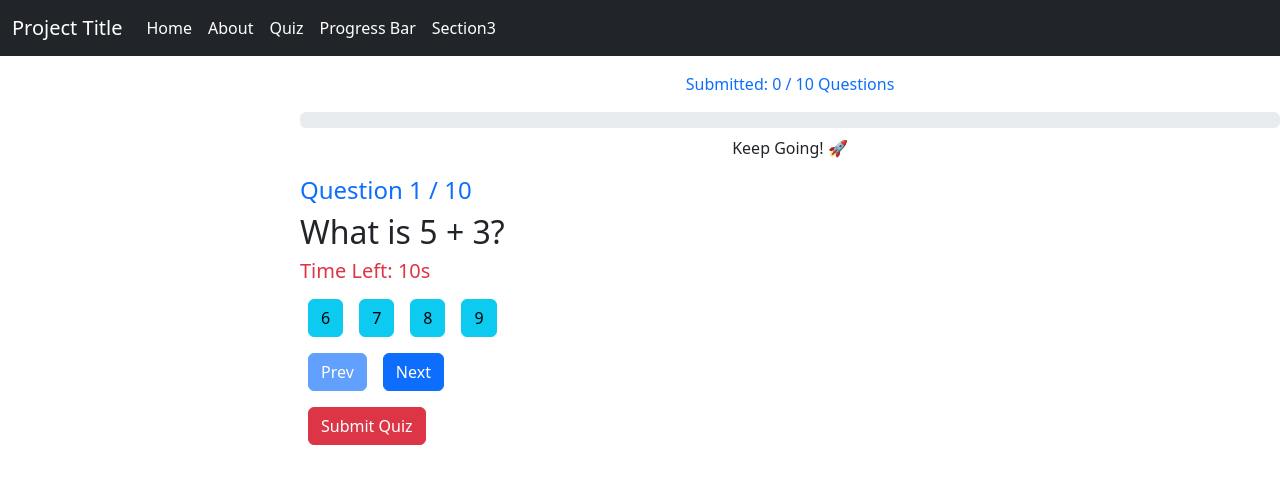
Repository: rahul-chakradhari/devquest
Page: /quiz (app in project/)
These files come from the project's save history. The page is drawn as it stood at one moment and after the next save; the edit follows.
The browser window is 1280 px wide. The pictures show the whole page.
The project was rebuilt for these pictures with package versions that can differ from the ones it lists, and the page was loaded fresh each time. Also part of the build but not shown: project/vite.config.js, project/src/components/Home.jsx, project/src/components/About.jsx, project/src/components/Section3.jsx, project/src/index.css.

Above is the page before, as saved 2025-02-23 15:51:24.

### project/index.html
<!DOCTYPE html>
<html lang="en">
  <head>
    <meta charset="UTF-8" />
    <link rel="icon" type="image/svg+xml" href="/vite.svg" />
    <meta name="viewport" content="width=device-width, initial-scale=1.0" />
    <title>Project</title>
    <link
      href="https://cdn.jsdelivr.net/npm/bootstrap@5.3.3/dist/css/bootstrap.min.css"
      rel="stylesheet"
      integrity="sha384-QWTKZyjpPEjISv5WaRU9OFeRpok6YctnYmDr5pNlyT2bRjXh0JMhjY6hW+ALEwIH"
      crossorigin="anonymous"
    />
  </head>
  <body>
    <div id="root"></div>
    <script type="module" src="/src/main.jsx"></script>
    <script
      src="https://cdn.jsdelivr.net/npm/bootstrap@5.3.3/dist/js/bootstrap.bundle.min.js"
      integrity="sha384-YvpcrYf0tY3lHB60NNkmXc5s9fDVZLESaAA55NDzOxhy9GkcIdslK1eN7N6jIeHz"
      crossorigin="anonymous"
    ></script>
  </body>
</html>

### project/src/App.jsx
import { useState } from "react";
import "./App.css";
import React from "react";
import { BrowserRouter as Router, Routes, Route } from "react-router-dom";
import Navbar from "./components/Navbar";
import Home from "./components/Home";
import About from "./components/About";
import Section3 from "./components/Section3";
import Quiz from "./components/Quiz";
import ProgressBar from "./components/ProgressBar";

function App() {
  const [count, setCount] = useState(0);

  return (
    <>
      <Router>
        <Navbar />
        <Routes>
          <Route path="/about" element={<About />} />
          <Route path="/" element={<Home />} />
          <Route path="/quiz" element={<Quiz />} />
          <Route path="/bar" element={<ProgressBar />} />
          <Route path="/section3" element={<Section3 />} />
        </Routes>
      </Router>
    </>
  );
}

export default App;

### project/src/App.css
.right {
  width: 900px;
  height: 400px;
}
.stl,
.welcome {
  margin-left: 600px;
}
.left {
  font-size: 12px; /* Overall text size kam hoga */
}

.welcome {
  font-size: 18px; /* Heading ke liye */
}

.stl {
  font-size: 12px; /* Description text ke liye */
}
.welcome {
  margin-top: 2px;
}

.quiz-container {
  margin-left: 300px;
  margin-top: 12px;
}
.about {
  margin-left: 12px;
  margin-top: 12px;
}

### project/src/components/Navbar.jsx
import React from "react";
import { Link, useNavigate } from "react-router-dom";

const Navbar = () => {
  const navigate = useNavigate();
  const isLoggedIn = localStorage.getItem("token"); // Check if token exists

  const handleLogout = () => {
    localStorage.removeItem("token");
    navigate("/login");
  };

  return (
    <div>
      <nav className="navbar navbar-expand-lg navbar-dark bg-dark">
        <div className="container-fluid">
          <a className="navbar-brand" href="#">
            Project Title
          </a>
          <button
            className="navbar-toggler"
            type="button"
            data-bs-toggle="collapse"
            data-bs-target="#navbarSupportedContent"
            aria-controls="navbarSupportedContent"
            aria-expanded="false"
            aria-label="Toggle navigation"
          >
            <span className="navbar-toggler-icon"></span>
          </button>
          <div className="collapse navbar-collapse" id="navbarSupportedContent">
            <ul className="navbar-nav me-auto mb-2 mb-lg-0">
              <li className="nav-item">
                <Link className="nav-link active" aria-current="page" to="/">
                  Home
                </Link>
              </li>
              <li className="nav-item">
                <Link
                  className="nav-link active"
                  aria-current="page"
                  to="/about"
                >
                  About
                </Link>
              </li>
              <li className="nav-item">
                <Link
                  className="nav-link active"
                  aria-current="page"
                  to="/quiz"
                >
                  Quiz
                </Link>
              </li>
              <li className="nav-item">
                <Link className="nav-link active" aria-current="page" to="/bar">
                  Progress Bar
                </Link>
              </li>
              <li className="nav-item">
                <Link
                  className="nav-link active"
                  aria-current="page"
                  to="/section3"
                >
                  Section3
                </Link>
              </li>
            </ul>
          </div>
        </div>
      </nav>
    </div>
  );
};

export default Navbar;

### project/src/components/Quiz.jsx
import React, { useState, useEffect } from "react";
import ProgressBar from "./ProgressBar";

const questions = [
  { question: "What is 5 + 3?", options: ["6", "7", "8", "9"], answer: "8" },
  { question: "What is 12 - 4?", options: ["6", "7", "8", "9"], answer: "8" },
  {
    question: "Solve: (2 + 3) × 4",
    options: ["20", "10", "25", "30"],
    answer: "20",
  },
  { question: "What is 9 ÷ 3?", options: ["1", "3", "9", "6"], answer: "3" },
  {
    question: "Solve: 15 - (4 + 3)",
    options: ["6", "8", "9", "12"],
    answer: "8",
  },
  {
    question: "What is 7 × 2?",
    options: ["10", "12", "14", "16"],
    answer: "14",
  },
  {
    question: "Solve: (8 + 2) ÷ 2",
    options: ["2", "4", "5", "6"],
    answer: "5",
  },
  {
    question: "What is 4 × 3 - 2?",
    options: ["10", "11", "12", "14"],
    answer: "10",
  },
  { question: "Solve: 6 + 4 ÷ 2", options: ["3", "5", "8", "10"], answer: "8" },
  { question: "What is 3²?", options: ["6", "9", "12", "15"], answer: "9" },
];

const Quiz = () => {
  const [currentQuestion, setCurrentQuestion] = useState(0);
  const [selectedAnswers, setSelectedAnswers] = useState({});
  const [timeLeft, setTimeLeft] = useState(10);
  const [score, setScore] = useState(null);
  const [showFeedback, setShowFeedback] = useState(false);

  useEffect(() => {
    if (timeLeft === 0) {
      handleNext();
      return;
    }
    const timer = setTimeout(() => setTimeLeft(timeLeft - 1), 1000);
    return () => clearTimeout(timer);
  }, [timeLeft]);

  useEffect(() => {
    setTimeLeft(15);
  }, [currentQuestion]);

  const handleNext = () => {
    if (currentQuestion < questions.length - 1) {
      setCurrentQuestion(currentQuestion + 1);
    }
  };

  const handlePrev = () => {
    if (currentQuestion > 0) {
      setCurrentQuestion(currentQuestion - 1);
    }
  };

  const handleAnswerClick = (option) => {
    setSelectedAnswers({
      ...selectedAnswers,
      [currentQuestion]: option,
    });
  };

  const handleSubmit = () => {
    let calculatedScore = 0;
    questions.forEach((q, index) => {
      if (selectedAnswers[index] === q.answer) {
        calculatedScore += 1;
      }
    });

    setScore(calculatedScore);
    setShowFeedback(true);
  };

  const getFeedback = () => {
    if (score >= 8)
      return { message: "🎉 Excellent! Keep it up!", color: "text-success" };
    if (score >= 5)
      return {
        message: "🙂 Average scorer! You can do better!",
        color: "text-warning",
      };
    return {
      message: "😟 Low grade! Please improve yourself.",
      color: "text-danger",
    };
  };

  return (
    <div className="quiz-container">
      {/* Progress Bar Showing Live Updates */}
      <ProgressBar
        answeredQuestions={Object.keys(selectedAnswers).length}
        totalQuestions={questions.length}
      />

      {score === null ? (
        <>
          <h4 className="text-primary">
            Question {currentQuestion + 1} / {questions.length}
          </h4>
          <h2>{questions[currentQuestion].question}</h2>
          <h5 className="text-danger">Time Left: {timeLeft}s</h5>

          <div className="options mt-3">
            {questions[currentQuestion].options.map((option, index) => {
              const isSelected = selectedAnswers[currentQuestion] === option;
              return (
                <button
                  key={index}
                  type="button"
                  className={`btn ${
                    isSelected ? "btn-success" : "btn-info"
                  } mx-2`}
                  onClick={() => handleAnswerClick(option)}
                >
                  {option}
                </button>
              );
            })}
          </div>

          {/* Navigation Buttons */}
          <div className="quiz-controls mt-3">
            <button
              type="button"
              className="btn btn-primary mx-2"
              onClick={handlePrev}
              disabled={currentQuestion === 0}
            >
              Prev
            </button>

            {/* Next Button - Hidden on Last Question */}
            {currentQuestion < questions.length - 1 && (
              <button
                type="button"
                className="btn btn-primary mx-2"
                onClick={handleNext}
              >
                Next
              </button>
            )}
          </div>

          {/* Always Available Submit Button */}
          <div className="submit-section mt-3">
            <button
              type="button"
              className="btn btn-danger mx-2"
              onClick={handleSubmit}
            >
              Submit Quiz
            </button>
          </div>
        </>
      ) : (
        <>
          <h2 className="text-success">Quiz Completed!</h2>
          <h3 className="text-primary">
            Your Score: {score} / {questions.length}
          </h3>
          <h4 className={getFeedback().color}>{getFeedback().message}</h4>

          <div className="feedback mt-3">
            {questions.map((q, index) => (
              <p
                key={index}
                className={`text-${
                  selectedAnswers[index] === q.answer ? "success" : "danger"
                }`}
              >
                {index + 1}. {q.question} -{" "}
                {selectedAnswers[index] === q.answer
                  ? " ✅ Correct"
                  : ` ❌ Incorrect (Correct: ${q.answer})`}
              </p>
            ))}
          </div>

          <button
            type="button"
            className="btn btn-warning mt-3"
            onClick={() => window.location.reload()}
          >
            Restart Quiz
          </button>
        </>
      )}
    </div>
  );
};

export default Quiz;

### project/src/components/ProgressBar.jsx
import React from "react";

const ProgressBar = ({ answeredQuestions, totalQuestions }) => {
  const progressPercentage = (answeredQuestions / totalQuestions) * 100;

  // Dynamic Feedback
  let feedbackMessage = "Keep Going! 🚀";
  if (progressPercentage === 100) {
    feedbackMessage = "🎉 Quiz Completed! Well Done!";
  } else if (progressPercentage >= 50) {
    feedbackMessage = "Halfway There! Keep It Up! 💪";
  }

  return (
    <div className="my-3">
      {/* Progress Info */}
      <p className="text-center text-primary">
        Submitted: {answeredQuestions} / {totalQuestions} Questions
      </p>

      {/* Progress Bar */}
      <div className="progress">
        <div
          className="progress-bar progress-bar-striped bg-success"
          role="progressbar"
          style={{ width: `${progressPercentage}%` }}
          aria-valuenow={progressPercentage}
          aria-valuemin="0"
          aria-valuemax="100"
        >
          {Math.round(progressPercentage)}%
        </div>
      </div>

      {/* Feedback Message */}
      <p className="text-center mt-2 font-weight-bold">{feedbackMessage}</p>
    </div>
  );
};

export default ProgressBar;

Loaded but not shown: project/src/main.jsx (common file)

After the next save:
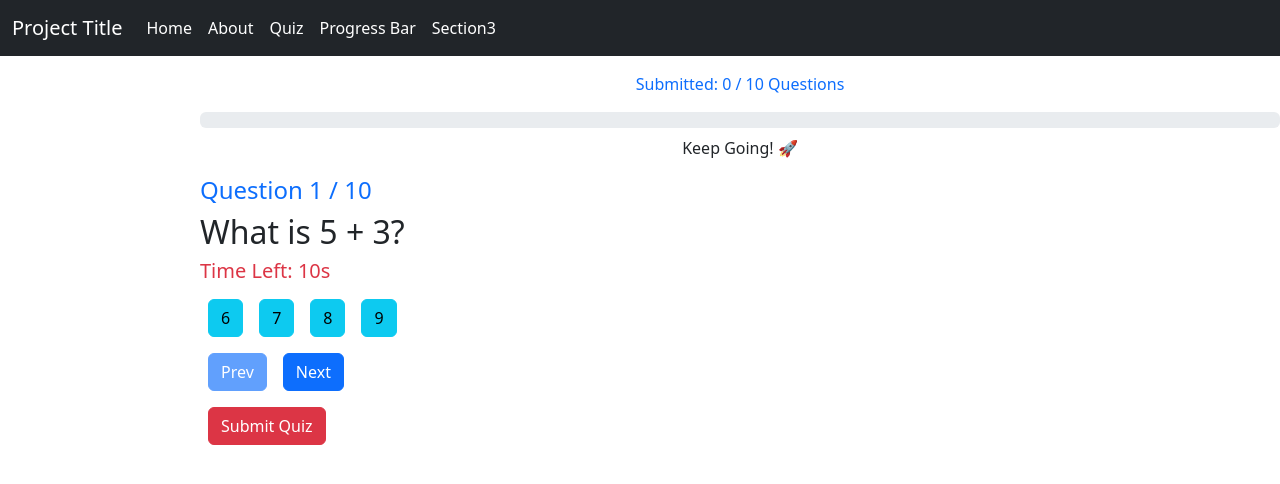
Saved 10 s later.
--- a/project/src/App.css
+++ b/project/src/App.css
@@ -22,7 +22,7 @@
 }
 
 .quiz-container {
-  margin-left: 300px;
+  margin-left: 200px;
   margin-top: 12px;
 }
 .about {
